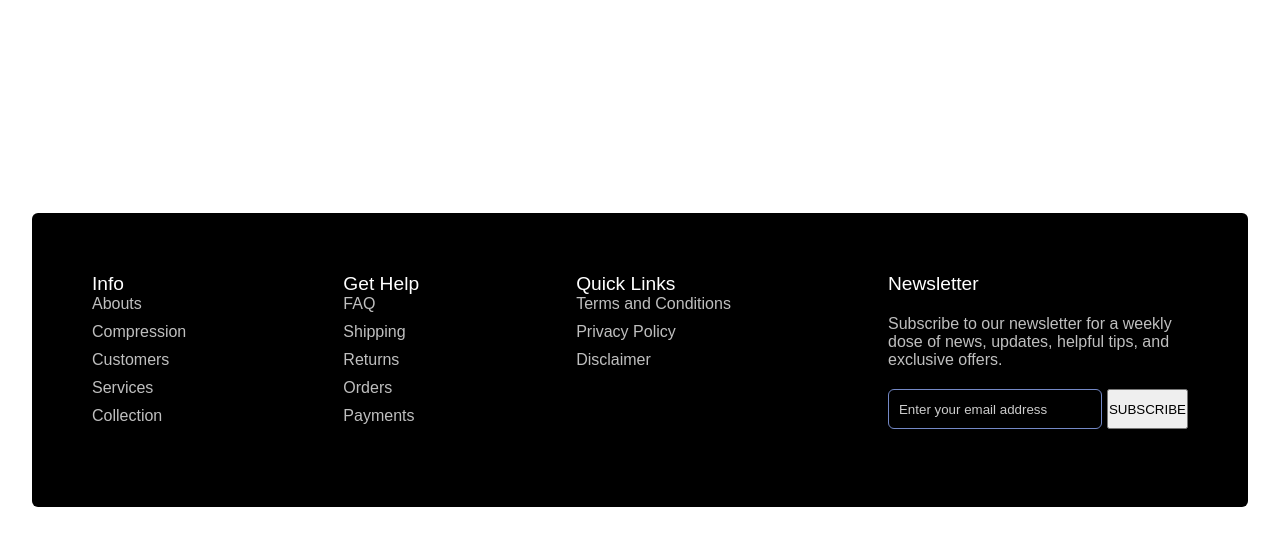
Repository: syni18/responsive_footer
Page: index.html
The author's editor kept a copy of each file at every save. The page is drawn from the files as they stood at one save, then again after a run of saves.
The browser window is 1280 px wide. The pictures show the whole page.
Some web libraries are served in a nearby version.

Above is the page before, as saved 2023-11-03 17:20:53.

### index.html
<!DOCTYPE html>
<html lang="en">
<head>
    <meta charset="UTF-8">
    <meta name="viewport" content="width=device-width, initial-scale=1.0">
    <link rel="stylesheet" href="https://cdnjs.cloudflare.com/ajax/libs/font-awesome/6.4.2/css/all.in.css">
    <link rel="stylesheet" href="style.css">
    <title>Responsive footer</title>
</head>
<body>
    <section class="footer">
        <div class="footer-row">
            <div class="footer-col">
                <h4>Info</h4>
                <ul class="links">
                    <li><a href="#">Abouts</a></li>
                    <li><a href="#">Compression</a></li>
                    <li><a href="#">Customers</a></li>
                    <li><a href="#">Services</a></li>
                    <li><a href="#">Collection</a></li>
                </ul>
            </div>

            <div class="footer-col">
                <h4>Get Help</h4>
                <ul class="links">
                    <li><a href="#">FAQ</a></li>
                    <li><a href="#">Shipping</a></li>
                    <li><a href="#">Returns</a></li>
                    <li><a href="#">Orders</a></li>
                    <li><a href="#">Payments</a></li>
                </ul>
            </div>

            <div class="footer-col">
                <h4>Quick Links</h4>
                <ul class="links">
                    <li><a href="#">Terms and Conditions</a></li>
                    <li><a href="#">Privacy Policy</a></li>
                    <li><a href="#">Disclaimer</a></li>
                </ul>
            </div>

            <div class="footer-col">
                <h4>Newsletter</h4>
                <p>
                    Subscribe to our newsletter for a weekly dose of news, updates, helpful tips, and exclusive offers.
                </p>
                <form action="#">
                    <input type="email" name="email" id="email" placeholder="Enter your email address">
                    <button type="submit">SUBSCRIBE</button>
                </form>
                <div class="icons">
                    <i class="fa-brands fa-facebook"></i>
                    <i class="fa-brands fa-twitter"></i>
                    <i class="fa-brands fa-instagram"></i>
                    <i class="fa-brands fa-youtube"></i>
                </div>
            </div>
        </div>
    </section>
</body>
</html>

### style.css
*{
    margin: 0;
    padding: 0;
    box-sizing: border-box;
    font-family: sans-serif;
}
.footer{
    position: absolute;
    top: 50%;
    left: 50%;
    transform: translate(-50%, -50%);
    max-width: 1280px;
    width: 95%;
    background: #000;
    border-radius: 6px;
}
.footer .footer-row{
    display: flex;
    flex-wrap: wrap;
    justify-content: space-between;
    gap: 3.5rem;
    padding: 60px;
}
.footer-row .footer-col h4 {
    color: #fff;
    font-size: 1.2rem;
    font-weight: 400;
}
.footer-col .links li{
    list-style: none;
    margin-bottom: 10px;
}
.footer-col .links li a {
    text-decoration: none;
    color: #bfbfbf;
}
.footer-col .links li a:hover{
    color: #fff;
}
.footer-col p {
    margin: 20px 0;
    color: #bfbfbf;
    max-width: 300px;
}
.footer-col form{
    display: flex;
    gap: 5px;
}
.footer-col input{
    height: 40px;
    border-radius: 6px;
    background: none;
    width: 100%;
    outline: none;
    border: 1px solid #7489c6;
    caret-color: #fff;
    color: #fff;
    padding-left: 10px;
}
.footer-col input::placeholder{
    color: #ccc;
}
.foo

After the next 3 saves:
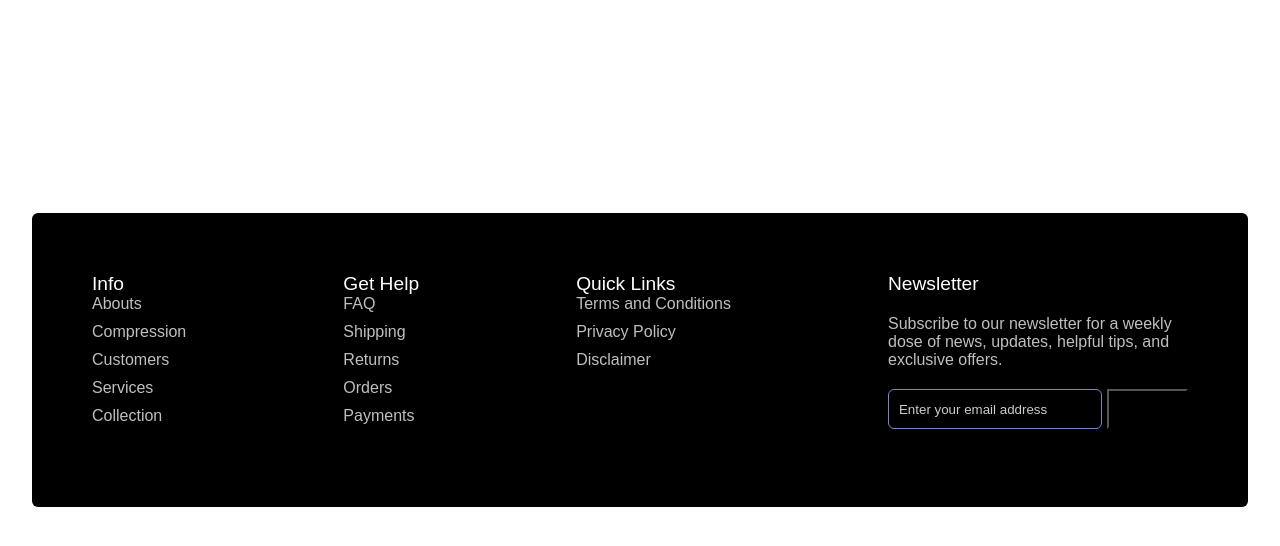
The 3 saves are shown as one change because they came seconds apart.
The last was saved 10 s later.
--- a/style.css
+++ b/style.css
@@ -60,4 +60,6 @@
 .footer-col input::placeholder{
     color: #ccc;
 }
-.foo
+.footer-col form button{
+    background: #000;
+}

After the save that followed:
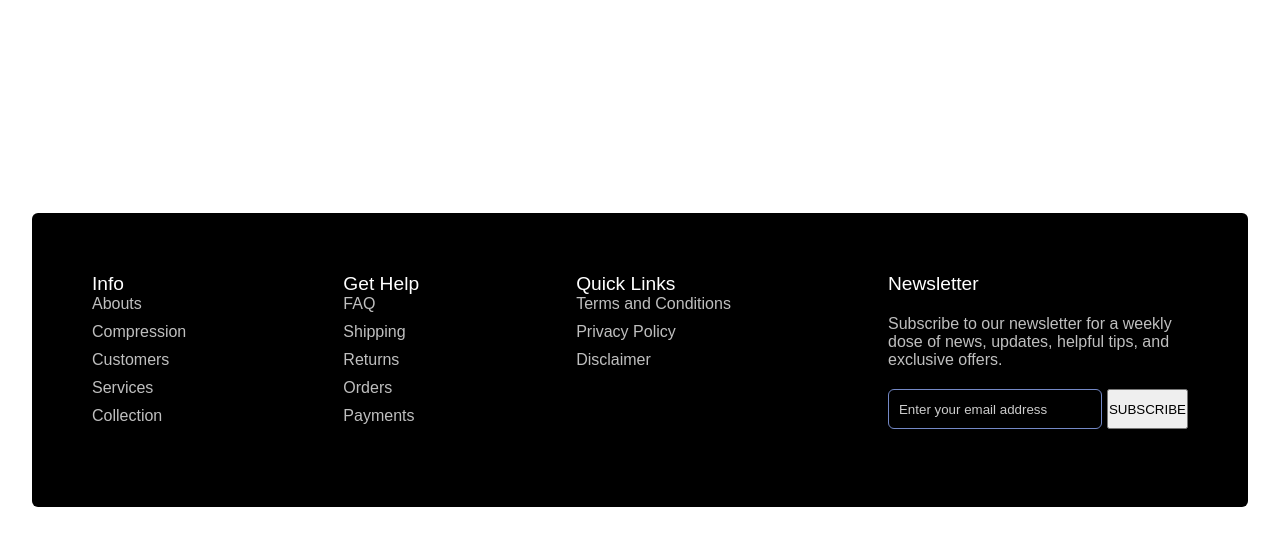
Saved 4 s later.
--- a/style.css
+++ b/style.css
@@ -61,5 +61,5 @@
     color: #ccc;
 }
 .footer-col form button{
-    background: #000;
+    background: #ca;
 }
